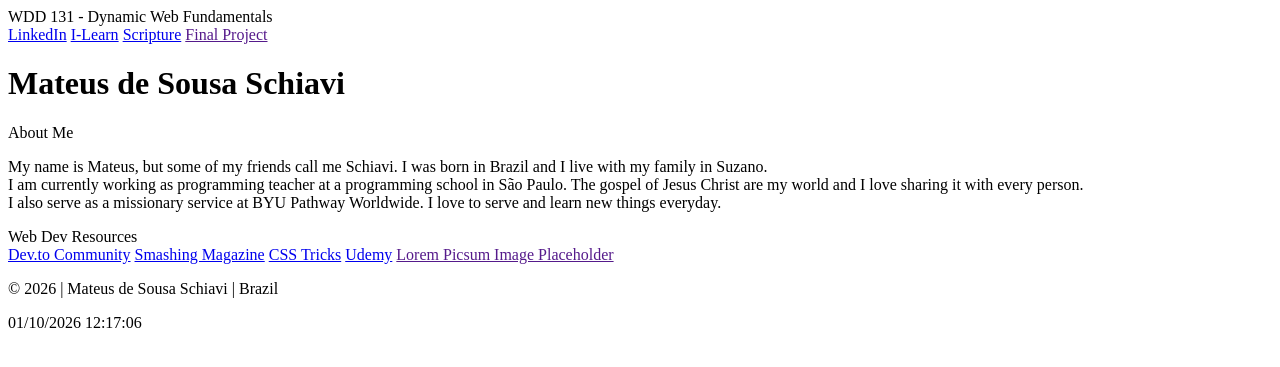
Repository: mateus-schiavi/wdd131
Page: index.html
An editor plug-in stored every save of this project. The page is shown before and after the next save, followed by the edit.
The browser window is 1280 px wide. The pictures show the whole page.

Above is the page before, as saved 2026-01-10 13:11:22.

### index.html
<!DOCTYPE html>
<html lang="en">
<head>
    <script src="./scripts/getdates.js" defer></script>
    <meta charset="UTF-8">
    <meta name="viewport" content="width=device-width, initial-scale=1.0">
    <title>WDD 131 - Dynamic Web Fundamentals - Mateus de Sousa Schiavi</title>
</head>
<body>
    <header>
        <span id="course-title">WDD 131 - Dynamic Web Fundamentals</span>
        <nav>
            <a href="https://www.linkedin.com/in/mateus-de-sousa-schiavi/" target="_blank">LinkedIn</a>
            <a href="https://byupw.instructure.com/" target="_blank">I-Learn</a>
            <a href="https://www.churchofjesuschrist.org/study/scriptures/nt/matt/24?lang=eng&id=p14#p14" target="_blank">Scripture</a>
            <a href="">Final Project</a>
        </nav>
    </header>
    <main>
        <h1>Mateus de Sousa Schiavi</h1>
        <section id="card">
            <header>About Me</header>
            <p>
                My name is Mateus, but some of my friends call me Schiavi. I was born in Brazil and I live with my family in Suzano. <br>
                I am currently working as programming teacher at a programming school in São Paulo. The gospel of Jesus Christ are my world and I love sharing it with every person. <br>
                I also serve as a missionary service at BYU Pathway Worldwide. I love to serve and learn new things everyday.
            </p>
        </section>
        <section id="card">
            <header>Web Dev Resources</header>
            <a href="https://dev.to/" target="_blank">Dev.to Community</a>
            <a href="https://www.smashingmagazine.com/" target="_blank">Smashing Magazine</a>
            <a href="https://css-tricks.com/" target="_blank">CSS Tricks</a>
            <a href="https://www.udemy.com/mobile/ipad/?persist_locale=&locale=en_US" target="_blank">Udemy</a>
            <a href="">Lorem Picsum Image Placeholder</a>
        </section>
    </main>
    <footer>
        <p>
            <span id="currentYear"></span>
        </p>
        <p id="lastModified">Last Modification</p>
    </footer>
</body>
</html>

### scripts/getdates.js
const currentYear = new Date().getFullYear();

document.getElementById("currentYear").textContent = `© ${currentYear} | Mateus de Sousa Schiavi | Brazil`;

document.getElementById("lastModified").innerHTML = document.lastModified;

After the next save:
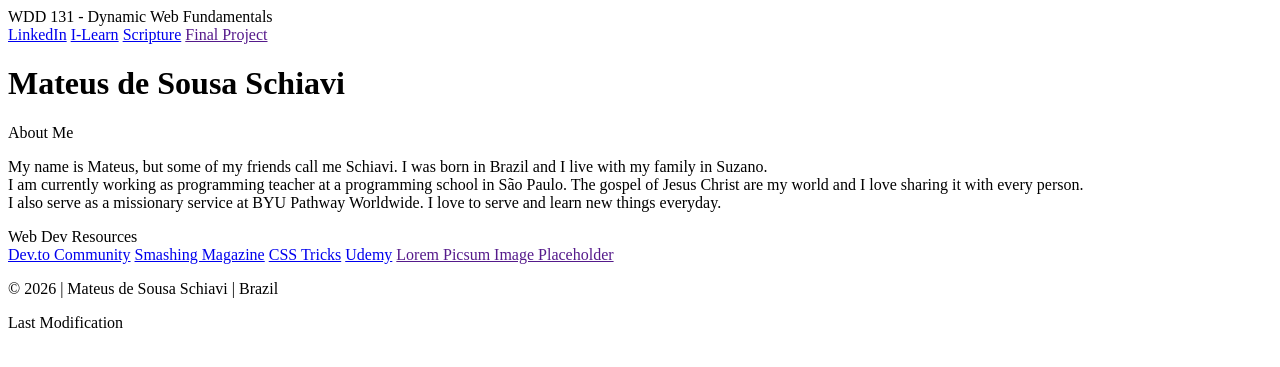
Console error: TypeError: document.lastModified is not a function
Saved 13 s later.
--- a/scripts/getdates.js
+++ b/scripts/getdates.js
@@ -2,4 +2,6 @@
 
 document.getElementById("currentYear").textContent = `© ${currentYear} | Mateus de Sousa Schiavi | Brazil`;
 
+const lastModified = document.lastModified();
+
 document.getElementById("lastModified").innerHTML = document.lastModified;

After the 4 saves that followed:
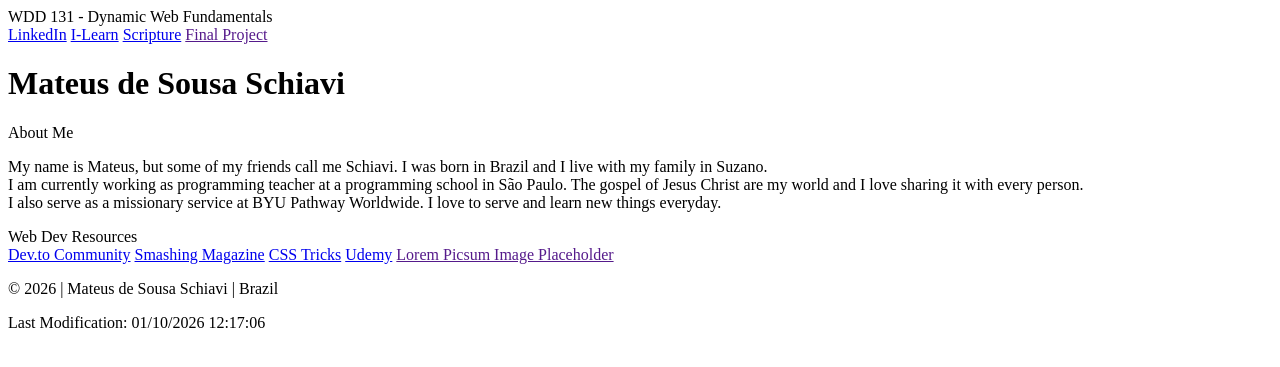
The error is gone.
The 4 saves are shown as one change because 3 left the picture as it was.
The last was saved 2 min 4 s later.
--- a/scripts/getdates.js
+++ b/scripts/getdates.js
@@ -2,6 +2,6 @@
 
 document.getElementById("currentYear").textContent = `© ${currentYear} | Mateus de Sousa Schiavi | Brazil`;
 
-const lastModified = document.lastModified();
+const lastModifiedDate = document.lastModified;
 
-document.getElementById("lastModified").innerHTML = document.lastModified;
+document.getElementById("lastModified").textContent = `Last Modification: ${lastModifiedDate}`;
